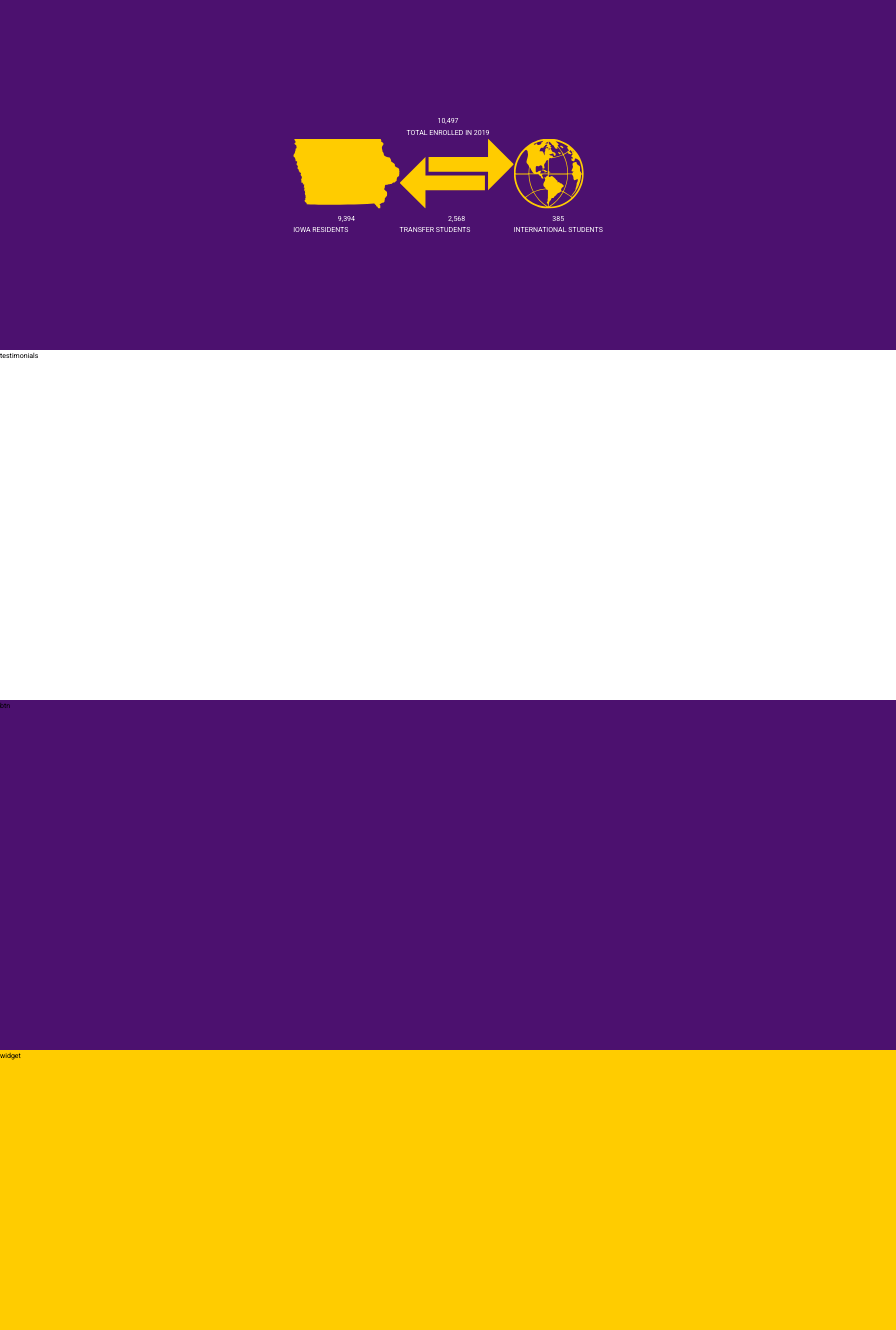
Repository: trietngo/nisg
Page: index.html
The author's editor kept a copy of each file at every save. The page is drawn from the files as they stood at one save, then again after the next save.
The browser window is 1280 px wide. The pictures show the part of the page from y = 720 to 2620 px (the page is 3020 px tall), at 70% of full size.
Some web fonts or font styles are not loaded; a fallback is used. The style sheet was rebuilt from its Sass, Less or Tailwind sources for each picture, by a compiler version that may differ from the author's.

Above is the page before, as saved 2020-08-26 11:35:51.

### index.html
<!DOCTYPE html>
<html lang="en">
    <head>
        <meta charset="UTF-8">
        <meta name="viewport" content="width=device-width, initial-scale=1.0">

        <link href="https://fonts.googleapis.com/css2?family=Roboto:wght@100;300;400;500;700;900&display=swap" rel="stylesheet">
        <link href="https://fonts.googleapis.com/css2?family=Sedgwick+Ave&display=swap" rel="stylesheet">
        <link href="https://fonts.googleapis.com/css2?family=Sriracha&display=swap" rel="stylesheet">

        <link rel="stylesheet" href="css/style.css">

        <title>Proposed NISG Website</title>
    </head>

    <body>

        <header class="header">
            <div class="header__upper">
                <div class="header__container--left">
                    <img class="header__logo" src="img/New NISG Logo - White-01.png" alt="NISG Logo">
                    <div class="header__title">Northern Iowa Student Government</div>
                </div>

                <div class="header__container--right">
                    <a href="https://uni.edu" class="header__external">VISIT UNI WEBSITE</a>

                    <input type="text" name="" class="header__searchbar" id="" placeholder="Search NISG">
                    <ul class="header__nav">
                        <li><a class="header__link" href="#">News</a></li>
                        <li><a class="header__link" href="#">Resources</a></li>
                        <li><a class="header__link" href="#">Services</a></li>
                        <li><a class="header__link" href="#">Applications</a></li>
                        <li><a class="header__link" href="#">Student Organizations</a></li>
                        <li><a class="header__link" href="#">About</a></li>
                        <li><a class="header__link btn header__contact" href="#">Contact Us</a></li>
                    </ul>
                </div>
            </div>

            <div class="header__lower">

                <video class="header__video" autoplay muted loop>
                    <source src="img/Website.mp4" type="video/mp4">
                </video>

                <div class="header__overlay">
                    <p class="header__overlay--title">BY UNI STUDENTS.<br>FOR UNI STUDENTS.</p>
                    <p class="header__overlay--subtitle">Serving UNI students is NISG's top priority.</p>
                    <a href="#" class="header__overlay--about btn">About NISG</a>
                </div>

            </div>

        </header>

        <main>

            <section id="enroll">
                <div class="enrollment">
                    <div class="enrollment__total">
                        <div class="enrollment__total--title">
                            10,497
                        </div>

                        <div class="enrollment__total--subtitle">TOTAL ENROLLED IN 2019</div>

                    </div>

                    <div class="enrollment__breakdown">
                        <div class="enrollment__category">
                            <img class="enrollment__category--icon" src="img/iowa-icon.svg" alt="Iowa icon">
                            <p class="enrollment__category--title">9,394</p>
                            <p class="enrollment__category--subtitle">IOWA RESIDENTS</p>
                        </div>
                        <div class="enrollment__category">
                            <img class="enrollment__category--icon" src="img/transfer-icon.svg" alt="Transfer icon">
                            <p class="enrollment__category--title">2,568</p>
                            <p class="enrollment__category--subtitle">TRANSFER STUDENTS</p>
                        </div>
                        <div class="enrollment__category">
                            <img class="enrollment__category--icon" src="img/globe-icon.svg" alt="Globe icon">
                            <p class="enrollment__category--title">385</p>
                            <p class="enrollment__category--subtitle">INTERNATIONAL STUDENTS</p>
                        </div>
                    </div>
                </div>
            </section>

            <section id="quotes">
                <div class="testimonials">
                    testimonials
                </div>
            </section>

            <section id="services">
                <div class="selection">
                    btn
                </div>
            </section>

            <section id="news">
                <div class="widget">
                    widget
                </div>
            </section>

        </main>

        <footer class="footer">
            footer
        </footer>

    </body>
</html>

### sass/main.scss
@import "abstract/variables";

@import "base/base";
@import "base/typography";

@import "components/button";

@import "layout/enrollment";
@import "layout/footer";
@import "layout/header";
@import "layout/news";
@import "layout/services";
@import "layout/testimonials";

### sass/abstract/_variables.scss
// COLORS

$color-primary: #4c116f;
$color-secondary: #ffcc00;
$color-tertiary: #ffffff;

### sass/base/_typography.scss
body {
    font-family: 'Roboto', sans-serif;
    font-weight: 400;
    line-height: 1.7;
}

.header__searchbar {
    font-family: 'Roboto', sans-serif;
    font-weight: 400;
    font-size: 1.5rem;
}

.header__overlay {

    &--title {
        font-family: 'Roboto', sans-serif;
        font-weight: 700;
        font-size: 6rem;
        line-height: 1.2;
    }

    &--subtitle {
        font-size: 1.75rem;
    }

    &--about {
        font-size: 2.5rem;
        font-weight: 700;
    }
}

### sass/components/_button.scss
.btn {
    color: $color-secondary !important;
    border: .2rem solid $color-secondary;
    border-radius: 1.5rem;
    padding: 1rem 2rem !important;
    transition: all .3s;
    text-decoration: none;

    &:hover {
        color: $color-primary !important;
        border-color: none;
        background-color: $color-secondary;
        transition: all .3s;
    }
}

### sass/layout/_enrollment.scss
.enrollment {
    background-color: $color-primary;
    height: 50rem;
    display: flex;
    flex-direction: column;
    align-items: center;
    justify-content: center;
    color: $color-tertiary;
    z-index: 5;

    &__total {
        text-align: center;
    }

    &__breakdown {
        display: flex;
        flex-wrap: wrap;
        align-items: flex-end;
    }

    &__category {

        &--icon {
            height: 10rem;
        }

        &--title {
            text-align: center;
        }
    }
}

### sass/layout/_footer.scss
.footer {
    height: 30rem;
    background-color: $color-tertiary;
}

### sass/layout/_header.scss
.header {

    display: flex;
    flex-direction: column;
    height: 100vh;

    &__container--left {
        flex: 1;
        padding: 3rem 7rem;
    }

    &__container--right {
        flex: 3;
        display: flex;
        flex-direction: column;
        align-items: flex-end;
        justify-content: space-between;
        padding-bottom: 3rem;
    }

    &__upper {
        background-color: $color-primary;
        flex: 0 1 22.5rem;
        display: flex;
        flex-wrap: wrap;
    }

    &__logo {
        height: 15rem;
    }

    &__title {
        font-size: 2rem;
        font-weight: 700;
        color: $color-tertiary;
        white-space: nowrap;
    }

    &__lower {
        background-color: $color-primary;
        flex: 1 0 35rem;
        position: relative;
    }

    &__link {
        text-decoration: none;
        font-size: 2rem;
        font-weight: 700;
        color: $color-tertiary;
        padding: 0 3.5rem;
        transition: all .3s;
        white-space: nowrap;

        &:hover {
            color: $color-secondary;
            transition: all .3s;
        }
    }

    &__nav {
        list-style-type: none;
        display: flex;
        padding-right: 6rem;
        align-content: center;
        flex-wrap: wrap;
    }


    &__external {
        display: inline;
        background-color: $color-secondary;
        padding: 2rem 5rem;
        clip-path: polygon(0 0, 100% 0, 100% 100%, 15% 100%);
        text-decoration: none;
        font-size: 2rem;
        font-weight: 700;
    }

    &__video {
        width: 100%;
        height: 100%;
        object-fit: cover;
        opacity: 0.5;
        overflow: hidden;
        position: absolute;
    }

    &__searchbar {
        border: none;
        padding: 1rem;
        padding-right: 2rem;
        padding-left: 6rem;
        text-align: right;
        border-radius: 2rem;
        margin-right: 6rem;

        &:focus {
            outline: none;
        }
    }

    &__contact {
        margin-left: 2.5rem;
    }

    //OVERLAY

    &__overlay {
        height: 100%;
        width: 100%;
        position: absolute;
        display: flex;
        flex-direction: column;
        align-items: center;
        justify-content: center;
        color: $color-secondary;

        &--title {
            margin: 2rem;
            text-align: center;
        }

        &--about {
            display: inline-block;
            margin: 4rem;
        }
    }
}

### sass/layout/_news.scss
.widget {
    height: 50rem;
    background-color: $color-secondary;
}

### sass/layout/_services.scss
.selection {
    height: 50rem;
    background-color: $color-primary;
}

### sass/layout/_testimonials.scss
.testimonials {
    height: 50rem;
    background-color: $color-tertiary;
}

Loaded but not shown: sass/base/_base.scss (common file)

After the next save:
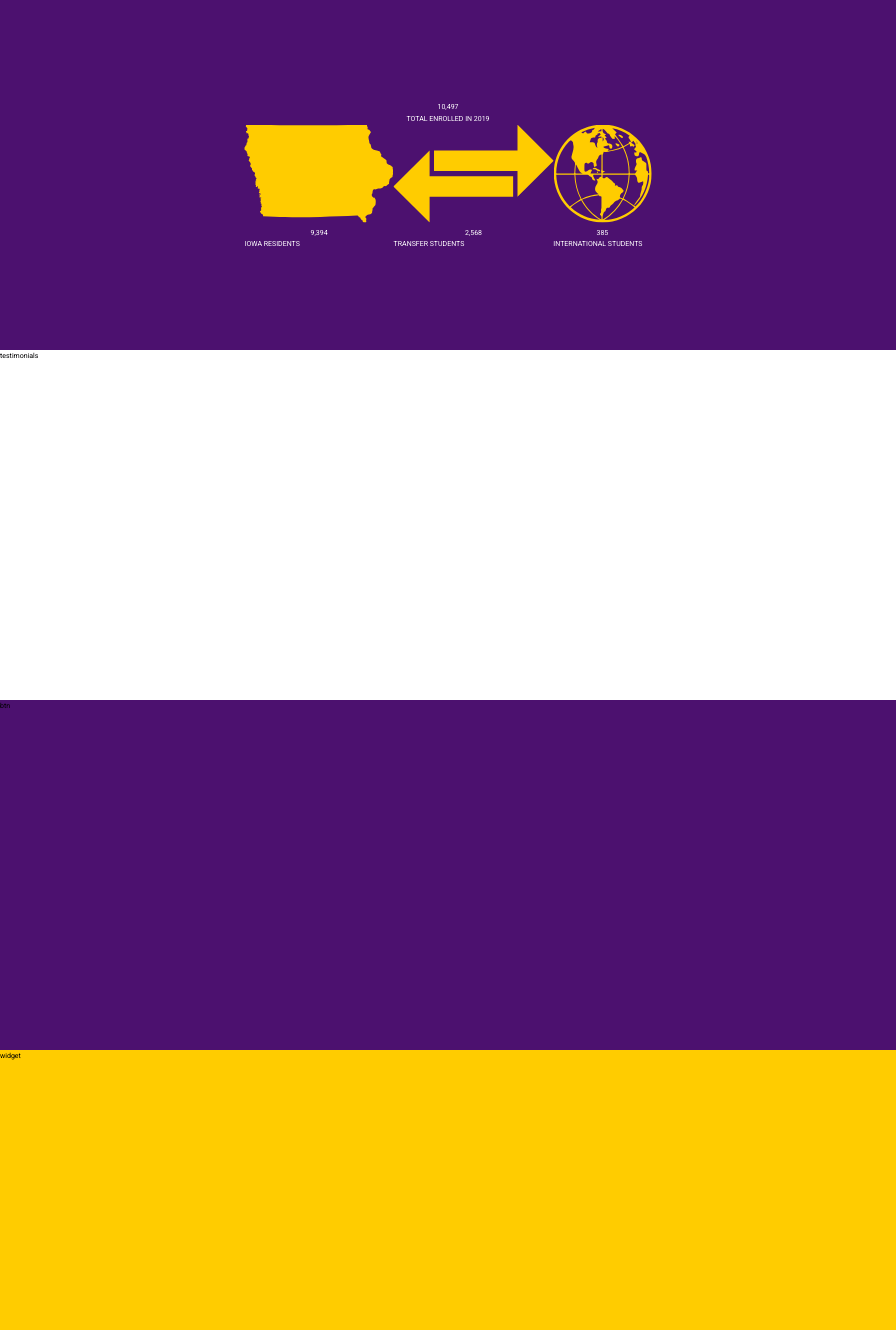
Saved 11 s later.
--- a/sass/layout/_enrollment.scss
+++ b/sass/layout/_enrollment.scss
@@ -21,7 +21,7 @@
     &__category {
 
         &--icon {
-            height: 10rem;
+            height: 14rem;
         }
 
         &--title {
